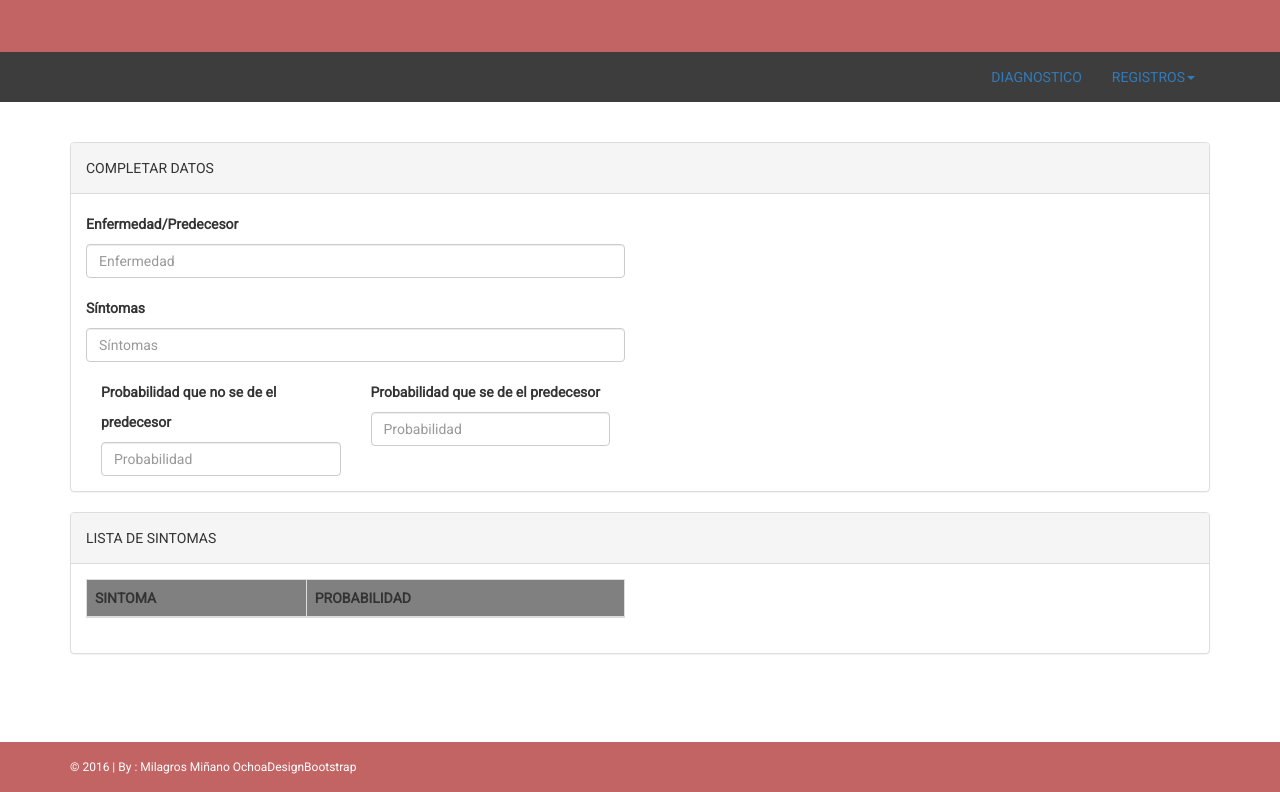
Repository: Mili10/PROYECTOII
Page: http://localhost/Capa_Presentación/frmRegistroSintoma.jsp
These files come from the project's save history. The page is drawn as it stood at one moment and after the next save; the edit follows.
The browser window is 1280 px wide. The pictures show the whole page.
The page is served by Tomcat 9.

Above is the page before, as saved 2016-05-16 06:38:29.

### sistema_experto_web/Capa_Presentación/WebContent/frmRegistroSintoma.jsp
<%@ page language="java" contentType="text/html; charset=ISO-8859-1"
    pageEncoding="ISO-8859-1"%>
<!DOCTYPE html PUBLIC "-//W3C//DTD HTML 4.01 Transitional//EN" "http://www.w3.org/TR/html4/loose.dtd">
<html>
<head>
<meta http-equiv="Content-Type" content="text/html; charset=ISO-8859-1">
<title>Insert title here</title>
	<link href="Plantilla/css/bootstrap.css" rel="stylesheet" />
    <link href="Plantilla/css/font-awesome.css" rel="stylesheet" />
    <link href="Plantilla/css/style.css" rel="stylesheet" />
</head>
<body>
	<jsp:include page="includes/masterHeader.jsp"></jsp:include>
	<div class="content-wrapper">
		<div class="container">
			<div class="panel panel-default">
	             <div class="panel-heading">
	               COMPLETAR DATOS
	             </div>
	              <div class="row">
		             <div class="panel-body">
		             	<div class="col-md-6">
						  <form>
						  <div class="form-group">
						    <label for="exampleInputEmail1">Enfermedad/Predecesor</label>
						    <input type="text" class="form-control" placeholder="Enfermedad">
						  </div>
						  <div class="form-group">
						    <label for="exampleInputPassword1">Síntomas</label>
						    <input type="text" class="form-control" placeholder="Síntomas">
						  </div>
						  <div class="form-group">
						  <div class="col-md-6">

						    <label for="exampleInputEmail1">Probabilidad que no se de el predecesor</label>
						    <input class="form-control" placeholder="Probabilidad">
						  </div>
						  </div>
						  <div class="col-md-6">
						  	<div class="form-group">
						    <label for="exampleInputEmail1">Probabilidad que se de el predecesor</label>
						    <input class="form-control" placeholder="Probabilidad">
						  </div>
						  </div>
						 </form>
						</div>
					  </div>
				  </div>
	         </div>

	         <div class="panel panel-default">
	             <div class="panel-heading">
	               LISTA DE SINTOMAS
	             </div>
	              <div class="row">
		             <div class="panel-body">
		              <div class="col-md-6">
		             	<div class="table-responsive">
                                <table class="table table-striped table-bordered table-hover">
                                    <thead style="background: grey">
                                        <tr>
                                            <th>SINTOMA</th>
                                            <th>PROBABILIDAD</th>
                                        </tr>
                                    </thead>
                                    <tbody>

                                    </tbody>
                                </table>
                            </div>
                         </div>
					  </div>
				  </div>
	         </div>

	      </div>
      </div>


	<jsp:include page="includes/masterFooter.jsp"></jsp:include>

	<script src="Plantilla/js/jquery-1.11.1.js"></script>
    <script src="Plantilla/js/bootstrap.js"></script>
</body>
</html>

### sistema_experto_web/Capa_Presentación/WebContent/includes/masterHeader.jsp
    <div class="navbar navbar-inverse set-radius-zero">
        <div class="container">
            <div class="navbar-header">
                <button type="button" class="navbar-toggle" data-toggle="collapse" data-target=".navbar-collapse">
                    <span class="icon-bar"></span>
                    <span class="icon-bar"></span>
                    <span class="icon-bar"></span>
                </button>
                <a class="navbar-brand" href="index.html">

                </a>

            </div>

        </div>
    </div>
    <!-- LOGO HEADER END-->
    <section class="menu-section">
        <div class="container">
            <div class="row">
                <div class="col-md-12">
                    <div class="navbar-collapse collapse">
                        <ul class="nav navbar-nav navbar-right">
                            <li><a href="frmCuestionario.jsp">DIAGNOSTICO</a></li>
                            <li class="dropdown">
                            	<a href="#" class="dropdown-toggle" data-toggle="dropdown" role="button" aria-haspopup="true" aria-expanded="false">REGISTROS<span class="caret"></span></a>
                            	<ul class="dropdown-menu">
						            <li><a href="frmRegistroSintoma.jsp" role="button">SINTOMA</a></li>
						        </ul>
                            </li>
                        </ul>
                    </div>
                </div>

            </div>
        </div>
    </section>

### sistema_experto_web/Capa_Presentación/WebContent/includes/masterFooter.jsp
<!-- CONTENT-WRAPPER SECTION END-->
    <footer>
        <div class="container">
            <div class="row">
                <div class="col-md-12">
                    &copy; 2016 | By : Milagros Miñano Ochoa<a href="http://www.designbootstrap.com/" target="_blank">DesignBootstrap</a>
                </div>

            </div>
        </div>
    </footer>

### sistema_experto_web/Capa_Presentación/WebContent/Plantilla/css/style.css

/*=============================================================
    Authour URL: www.designbootstrap.com

    http://www.designbootstrap.com/

    License: MIT

    http://opensource.org/licenses/MIT

    100% Free To use For Personal And Commercial Use.

    IN EXCHANGE JUST TELL PEOPLE ABOUT THIS WEBSITE

========================================================  */


/* =============================================================
   GENERAL STYLES
 ============================================================ */

@import url(http://fonts.googleapis.com/css?family=Roboto); /* FREE GOOGLE FONT */

body {
    font-family: 'Roboto', sans-serif;
    line-height: 30px;
}

.set-radius-zero {
    border-radius: 0px;
    -moz-border-radius: 0px;
    -webkit-border-radius: 0px;
}

.content-wrapper {
    margin-top: 40px;
    min-height: 600px;
    padding-bottom: 60px;
}

.page-head-line {
    font-weight: 900;
    padding-bottom: 20px;
    border-bottom: 2px solid #F0677C;
    text-transform: uppercase;
    color: #F0677C;
    font-size: 20px;
    margin-bottom: 40px;
}

.btn {
    border-radius: 0px;
    -webkit-border-radius: 0px;
    -moz-border-radius: 0px;
}

.progress {
    height: 8px;
    border-radius: 0px;
    -webkit-border-radius: 0px;
    -moz-border-radius: 0px;
}
.login-icon {
    height: 60px;
width: 60px;
padding: 13px;
border-radius: 50%;
font-size: 30px;
margin-bottom: 20px;
color: #fff;
text-align: center;
cursor:pointer;
background-color:#F0677C;
-webkit-border-radius:50%;
    -moz-border-radius:50%;
}
/* =============================================================
   HEADER SECTION STYLES
 ============================================================ */
header {
    background-color: #F0677C;
    color: #fff;
    padding: 10px;
    text-align: right;
}


/* =============================================================
   LOGO SECTION STYLES
 ============================================================ */
.left-div {
    padding-left: 30px;
    margin-top: 40px;
    margin-bottom: 30px;
}

.navbar-brand {
    width: 250px;
    padding-top: 30px;
}

/* USER SETTINGS DIV */
.user-settings-wrapper .nav > li > a {
    position: relative;
    display: block;
    padding: 15px 18px;
    border-radius: 50%;
    -webkit-border-radius: 50%;
    -moz-border-radius: 50%;
    height: 60px;
    width: 60px;
    background-color: #F0677C;
    color: #fff;
}

.user-settings-wrapper {
    margin-top: 10px;
}

    .user-settings-wrapper li {
        display: inline-block;
    }

    .user-settings-wrapper .dropdown-settings {
        width: 200px;
        padding: 10px;
    }

    .user-settings-wrapper .nav > li > a:hover,.user-settings-wrapper .nav > li > a:focus {
        text-decoration: none;
        background-color: #C36464!important;
    }

    .user-settings-wrapper img {
        height: 64px;
        width: 64px;
        border: 1px solid #000000;
    }

    .user-settings-wrapper .dropdown-menu {
        margin: 0px;
        border-radius: 0px!important;
        -moz-border-radius: 0px!important;
        -webkit-border-radius: 0px!important;
    }

    .user-settings-wrapper .btn {
        border-radius: 0px!important;
        -moz-border-radius: 0px!important;
        -webkit-border-radius: 0px!important;
    }

    .user-settings-wrapper .media-heading {
        padding-top: 10px;
    }

/* MENU LINKS SECTION*/

.menu-section {
    background-color: #3D3D3D;
}

#menu-top a {
    color: #FFF;
    text-decoration: none;
    font-weight: 500;
    padding: 10px 10px 10px 10px;
    text-transform: uppercase;
}

.menu-top-active {
    background-color: #C36464;
}

.menu-section .nav > li > a:hover,.menu-section .nav > li > a:focus {
    background-color: #F0677C!important;
}

.menu-section .dropdown-menu > li > a:hover,.menu-section .dropdown-menu > li > a:focus {
    background-color: #F0677C!important;
}

.navbar-inverse {
    background-color: #C36464;
    border-color: transparent;
}

.navbar-toggle {
    background-color: #F0677C;
    border: 1px solid #fff;
}

.navbar {
    margin-bottom: 0px;
}
/* =============================================================
   FOOTER SECTION STYLES
 ============================================================ */
footer {
    padding: 10px;
    color: #fff;
    font-size: 12px;
    background-color: #C36464;
}

    footer a, footer a:hover {
        color: #fff;
        text-decoration: none;
    }

/*==============================================
    DASHBOARD  STYLES
 =============================================*/

/* DASHBOARD ICONS */

.bk-clr-one {
    background-color: #B9B739;
}

.bk-clr-two {
    background-color: #F94C4C;
}

.bk-clr-three {
    background-color: #119c7e;
}

.bk-clr-four {
    background-color: #b739b9;
}

.dashboard-div-icon {
    height: 75px;
    width: 75px;
    border: 2px solid #fff;
    padding: 20px;
    border-radius: 50%;
    -webkit-border-radius:50%;
    -moz-border-radius:50%;
    font-size: 30px;
    margin-bottom: 20px;
    color: #fff;
}

.dashboard-div-wrapper {
    border-radius: 5px;
    text-align: center;
    padding: 15px;
    color: #fff;
    margin-bottom: 50px;
}

    .dashboard-div-wrapper .progress {
        height: 2px;
    }

/* NOTICE BOARD */


.notice-board .panel {
    border-radius: 0px;
    -webkit-border-radius: 0px;
    -moz-border-radius: 0px;
}

.notice-board ul {
    padding-left: 0px;
    list-style: none;
}

.notice-board li {
    padding: 10px;
    border-bottom: 1px solid #E5E5E5;
}

    .notice-board li span {
        margin-right: 10px;
        border: 1px solid #DBDBDB;
        padding: 5px;
    }

    .notice-board li a, li a:hover {
        text-decoration: none;
        color: #000;
    }

/* SOCIAL BUTTONS */
.btn-social {
    color: white;
    opacity: 0.8;
}

    .btn-social:hover {
        color: white;
        opacity: 1;
        text-decoration: none;
    }

.btn-facebook {
    background-color: #3b5998;
}

.btn-twitter {
    background-color: #00aced;
}

.btn-linkedin {
    background-color: #0e76a8;
}

.btn-google {
    background-color: #c32f10;
}

Loaded but not shown: sistema_experto_web/Capa_Presentación/WebContent/Plantilla/css/bootstrap.css (library); sistema_experto_web/Capa_Presentación/WebContent/Plantilla/css/font-awesome.css (library); sistema_experto_web/Capa_Presentación/WebContent/Plantilla/js/jquery-1.11.1.js (library); sistema_experto_web/Capa_Presentación/WebContent/Plantilla/js/bootstrap.js (library)

After the next save:
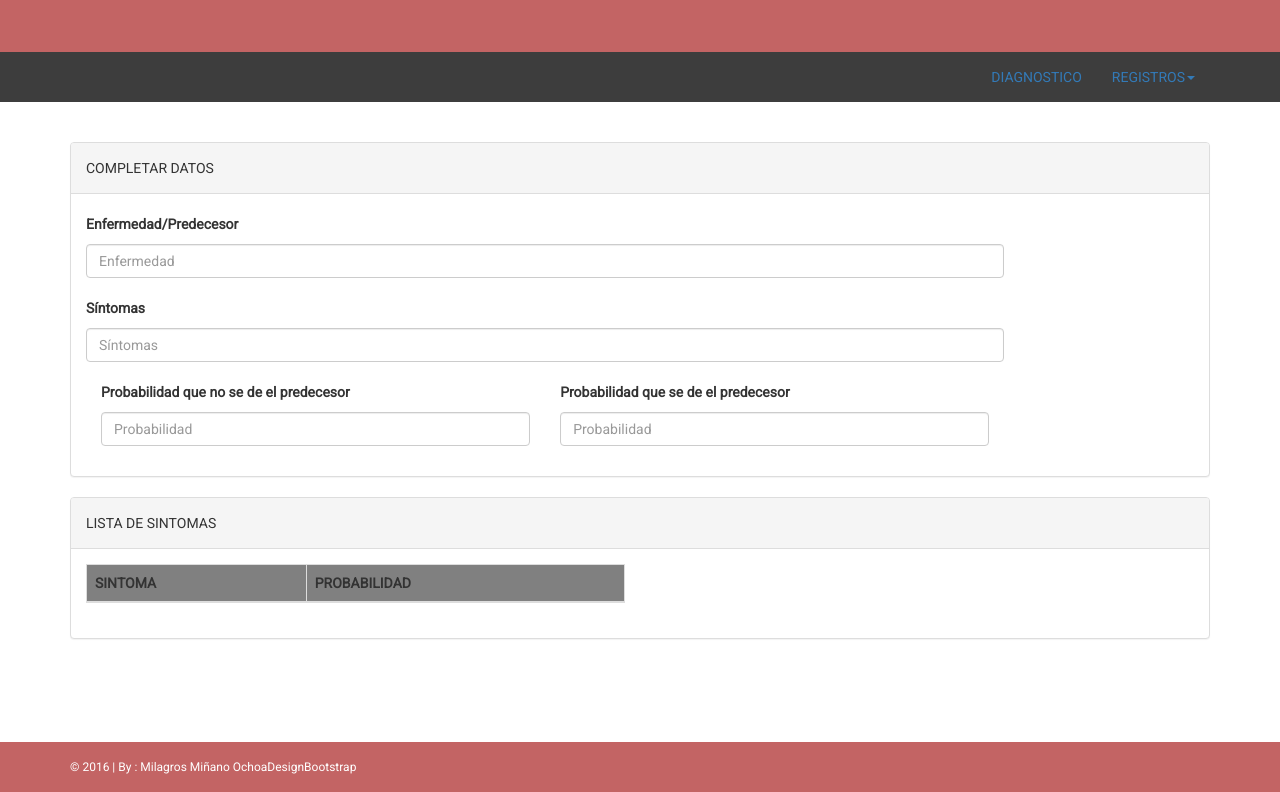
Saved 71 s later.
--- a/sistema_experto_web/Capa_Presentación/WebContent/frmRegistroSintoma.jsp
+++ b/sistema_experto_web/Capa_Presentación/WebContent/frmRegistroSintoma.jsp
@@ -19,7 +19,7 @@
 	             </div>
 	              <div class="row">
 		             <div class="panel-body">
-		             	<div class="col-md-6">
+		             	<div class="col-md-10">
 						  <form>
 						  <div class="form-group">
 						    <label for="exampleInputEmail1">Enfermedad/Predecesor</label>
